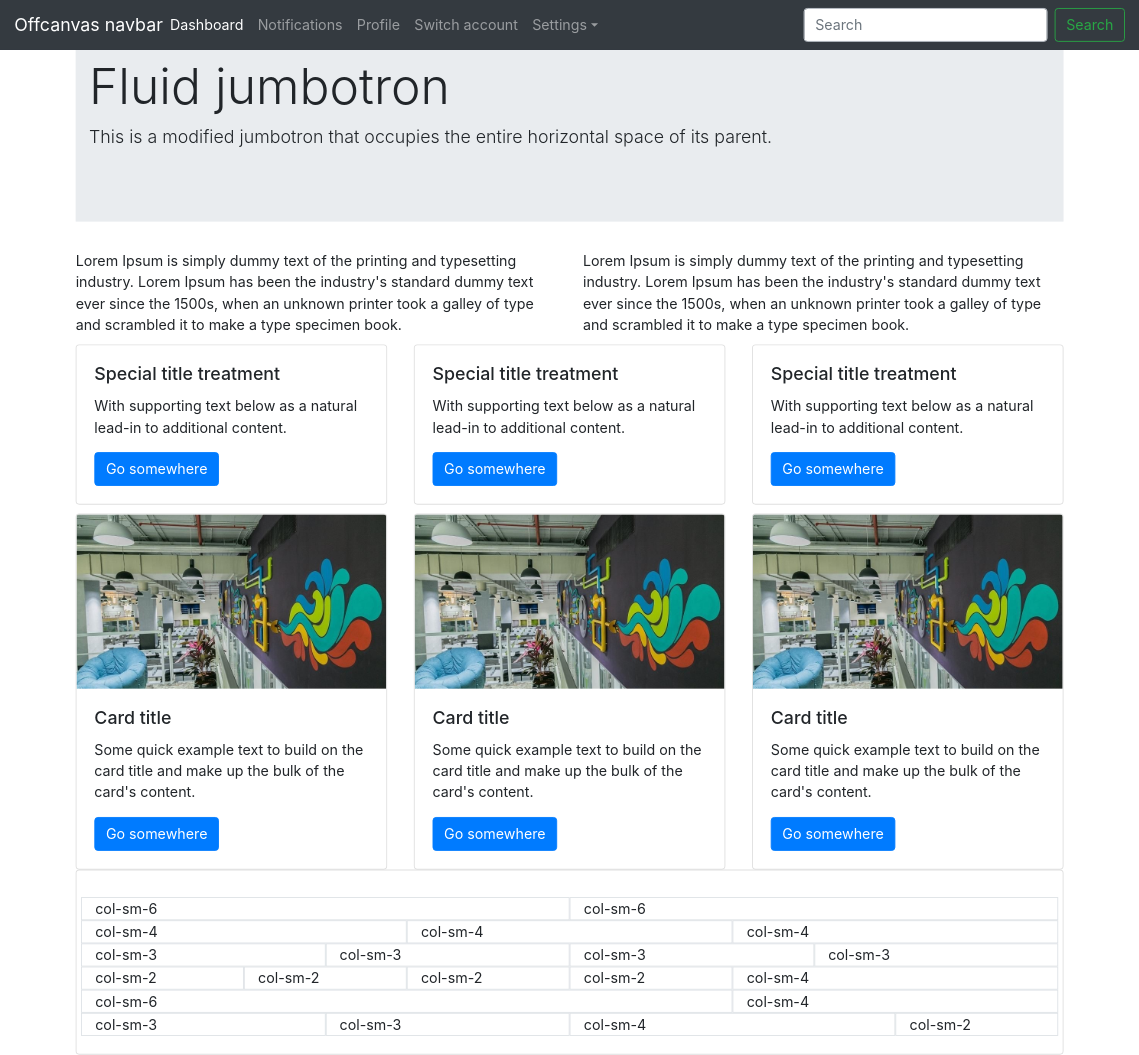
Repository: Green-Technologies-Angular/HTML
Page: index.html
An editor plug-in stored every save of this project. The page is shown before and after the next save, followed by the edit.
The browser window is 1280 px wide. The pictures show the whole page, at 89% of full size.

Above is the page before, as saved 2019-02-01 09:29:54.

After the next save:
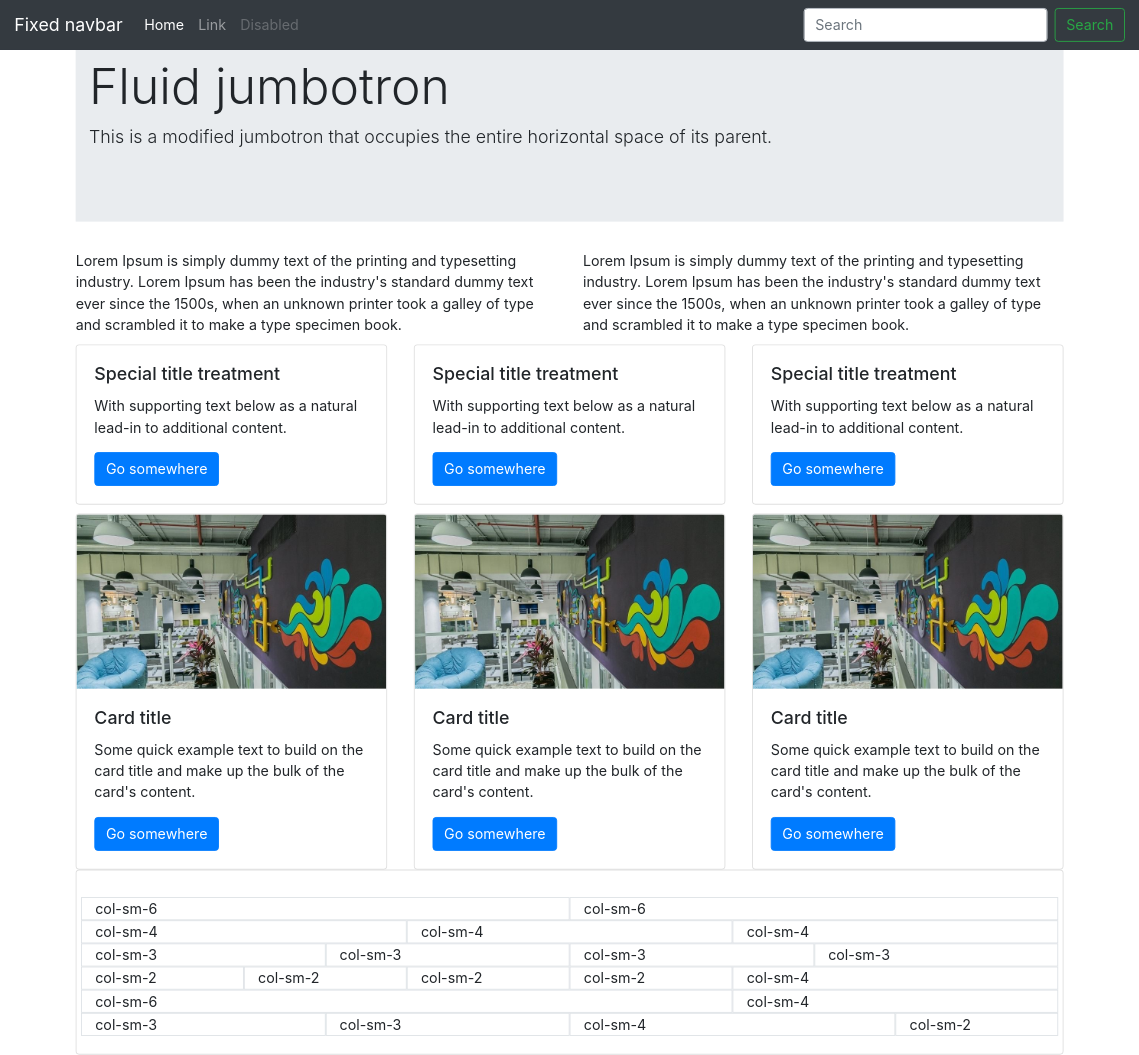
Saved 12 min 36 s later.
--- a/index.html
+++ b/index.html
@@ -22,37 +22,25 @@
 
 <body>
     <div class="container-fluid">
-        <nav class="navbar navbar-expand-lg fixed-top navbar-dark bg-dark">
-            <a class="navbar-brand mr-auto mr-lg-0" href="#">Offcanvas navbar</a>
-            <button class="navbar-toggler p-0 border-0" type="button" data-toggle="offcanvas">
+        <nav class="navbar navbar-expand-md navbar-dark fixed-top bg-dark">
+            <a class="navbar-brand" href="#">Fixed navbar</a>
+            <button class="navbar-toggler" type="button" data-toggle="collapse" data-target="#navbarCollapse"
+                aria-controls="navbarCollapse" aria-expanded="false" aria-label="Toggle navigation">
                 <span class="navbar-toggler-icon"></span>
             </button>
-
-            <div class="navbar-collapse offcanvas-collapse" id="navbarsExampleDefault">
+            <div class="collapse navbar-collapse" id="navbarCollapse">
                 <ul class="navbar-nav mr-auto">
                     <li class="nav-item active">
-                        <a class="nav-link" href="#">Dashboard <span class="sr-only">(current)</span></a>
+                        <a class="nav-link" href="#">Home <span class="sr-only">(current)</span></a>
                     </li>
                     <li class="nav-item">
-                        <a class="nav-link" href="#">Notifications</a>
+                        <a class="nav-link" href="#">Link</a>
                     </li>
                     <li class="nav-item">
-                        <a class="nav-link" href="#">Profile</a>
-                    </li>
-                    <li class="nav-item">
-                        <a class="nav-link" href="#">Switch account</a>
-                    </li>
-                    <li class="nav-item dropdown">
-                        <a class="nav-link dropdown-toggle" href="#" id="dropdown01" data-toggle="dropdown"
-                            aria-haspopup="true" aria-expanded="false">Settings</a>
-                        <div class="dropdown-menu" aria-labelledby="dropdown01">
-                            <a class="dropdown-item" href="#">Action</a>
-                            <a class="dropdown-item" href="#">Another action</a>
-                            <a class="dropdown-item" href="#">Something else here</a>
-                        </div>
+                        <a class="nav-link disabled" href="#">Disabled</a>
                     </li>
                 </ul>
-                <form class="form-inline my-2 my-lg-0">
+                <form class="form-inline mt-2 mt-md-0">
                     <input class="form-control mr-sm-2" type="text" placeholder="Search" aria-label="Search">
                     <button class="btn btn-outline-success my-2 my-sm-0" type="submit">Search</button>
                 </form>
